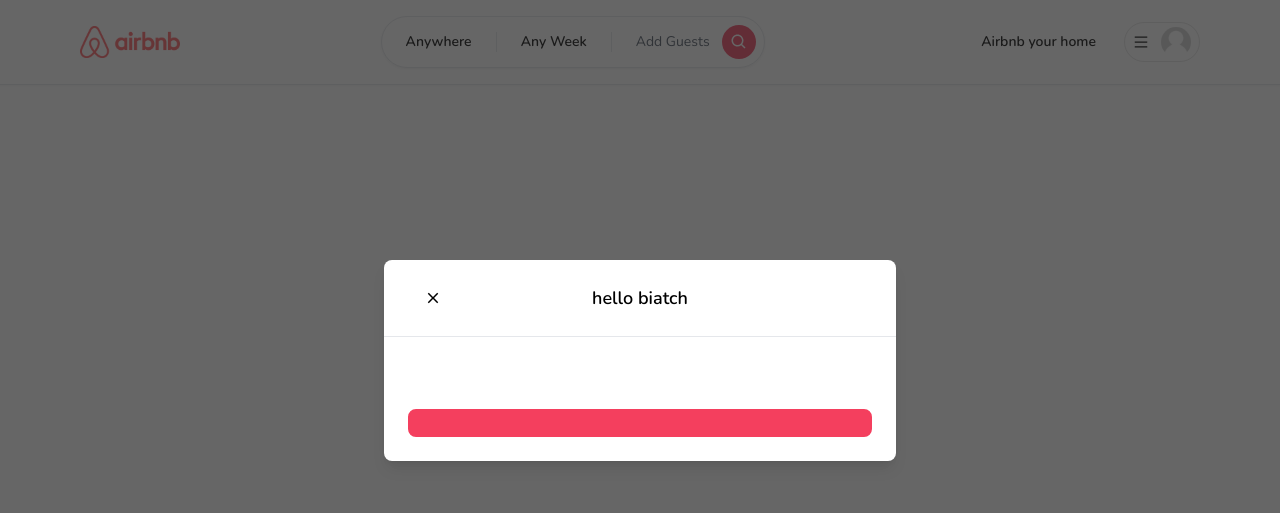
Repository: kriptovekediler/airbnb-clone
Page: /
These files come from the project's save history. The page is drawn as it stood at one moment and after the next save; the edit follows.
The browser window is 1280 px wide. The pictures show the whole page.
The project was rebuilt for these pictures with package versions that can differ from the ones it lists, and the page was loaded fresh each time. The framework's server and built-in components were replaced by stand-ins that run in the browser. Also part of the build but not shown: next.config.js, app/components/Navbar/MenuItem.tsx.

Above is the page before, as saved 2023-07-04 12:18:31.

### app/layout.tsx
import {Nunito} from 'next/font/google'
import './globals.css'
import Navbar from './components/Navbar/Navbar'
import ClientOnly from './components/ClientOnly'
import Modal from './components/modals/Modal'

export const metadata = {
  title: 'Airbnb',
  description: 'AirBnb Clone',
}

const font = Nunito({
  subsets: ['latin']
})

export default function RootLayout({
  children,
}: {
  children: React.ReactNode
}) {
  return (
    <html lang="en">
      <body className={font.className}>
        <ClientOnly>
          <Modal title='hello biatch' isOpen/>
        <Navbar/>z
        </ClientOnly>
        {children}
        </body>
    </html>
  )
}

### app/page.tsx
export default function Home() {
  return (
    <div className="text-rose-500 text-2xl">Hello AirBnB</div>
  )
}

### app/components/Navbar/Navbar.tsx
import React from 'react'
import Container from '../Container'
import Logo from './Logo'
import Search from './Search'
import UserMenu from './UserMenu'

const Navbar = () => {
  return (
    <div className='fixed w-full bg-white z-10 shadow-sm'>
        <div className='py-4 border-b-[1px]'>
            <Container>
                <div
                className='
                flex
                flex-row
                items-center
                justify-between
                gap-3
                md:gap-0
                '
                >
                    <Logo/>
                    <Search/>
                    <UserMenu/>
                </div>
            </Container>
        </div>
    </div>
  )
}

export default Navbar

### app/components/ClientOnly.tsx
'use client'

import React, { useEffect, useState } from 'react'

interface ClientOnlyProps {
    children: React.ReactNode
}
const ClientOnly: React.FC<ClientOnlyProps> = ({children}) => {

    const [hasMounted, setHasMounted] = useState(false)

    useEffect(() => {
        setHasMounted(true)
    }, [])

    if(!hasMounted) {
        return null
    }

  return (
    <>{children}</>
  )
}

export default ClientOnly

### app/components/modals/Modal.tsx
'use client'

import React, { useCallback, useEffect, useState } from 'react'
import {IoMdClose} from 'react-icons/io'
import Button from '../Button';

interface ModalInterfaceProps {
isOpen?: boolean;
disabled?:boolean;
onSubmit: () => void
onClose: () => void
actionLabel:string
secondaryAction?:() => void
title?:string
body?: React.ReactElement
footer?: React.ReactElement
secondaryActionLabel:string
}

const Modal: React.FC<ModalInterfaceProps> = ({title,isOpen,disabled,onSubmit,onClose,actionLabel,body, footer,secondaryActionLabel,secondaryAction}) => {

  const [showModal, setShowModal] = useState(isOpen);

  useEffect(() => {
    setShowModal(isOpen)
  }, [isOpen])

  const handleClose = useCallback(() => {
    if(disabled) {
    return
  }
    setShowModal(false)
    setTimeout(() =>{
      onClose()
    },300)
  }, [onClose, disabled])

  const handleSubmit = useCallback(() => {
    if(disabled){
    return}

    onSubmit()
  }, [onSubmit, disabled])

  const handleSecondaryAction = useCallback(() => {
    if(disabled || !secondaryAction) {
      return
    }
    secondaryAction()

  }, [disabled, secondaryAction])

  if(!isOpen) {
    return null
  }
  return (
    <>
      <div
        className="
          justify-center
          items-center
          flex
          overflow-x-hidden
          overflow-y-auto
          fixed
          inset-0
          z-50
          outline-none
          focus:outline-none
          bg-neutral-800/70
        "
      >
        <div className="
          relative
          w-full
          md:w-4/6
          lg:w-3/6
          xl:w-2/5
          my-6
          mx-auto
          h-full
          lg:h-auto
          md:h-auto
          "
        >
          {/*content*/}
          <div className={`
            translate
            duration-300
            h-full
            ${showModal ? 'translate-y-0' : 'translate-y-full'}
            ${showModal ? 'opacity-100' : 'opacity-0'}
          `}>
            <div className="
              translate
              h-full
              lg:h-auto
              md:h-auto
              border-0
              rounded-lg
              shadow-lg
              relative
              flex
              flex-col
              w-full
              bg-white
              outline-none
              focus:outline-none
            "
            >
              {/*header*/}
              <div className="
                flex
                items-center
                p-6
                rounded-t
                justify-center
                relative
                border-b-[1px]
                "
              >
                <button
                  className="
                    p-1
                    border-0
                    hover:opacity-70
                    transition
                    absolute
                    left-9
                  "
                  onClick={handleClose}
                >
                  <IoMdClose size={18} />
                </button>
                <div className="text-lg font-semibold">
                  {title}
                </div>
              </div>
              {/*body*/}
              <div className="relative p-6 flex-auto">
                {body}
              </div>
              {/*footer*/}
              <div className="flex flex-col gap-2 p-6">
                <div
                  className="
                    flex
                    flex-row
                    items-center
                    gap-4
                    w-full
                  "
                >
                  {secondaryAction && secondaryActionLabel && (
                    <Button
                      disabled={disabled}
                      label={secondaryActionLabel}
                      onClick={handleSecondaryAction}
                      outline
                    />
                  )}
                  <Button
                    disabled={disabled}
                    label={actionLabel}
                    onClick={handleSubmit}
                  />
                </div>
                {footer}
              </div>
            </div>
          </div>
        </div>
      </div>
    </>
  )
}

export default Modal

### app/components/Container.tsx
'use client'

interface ContainerProps {
    children: React.ReactNode;
}

const Container: React.FC<ContainerProps> = ({children}) => {
  return (
    <div
    className="max-w-[2520px] mx-auto xl:px-20 md:px-10 sm: px-2 px-4"
    >{children}</div>
  )
}

export default Container

### app/components/Navbar/Logo.tsx
'use client'

import Image from "next/image"
import {useRouter} from 'next/navigation'

const Logo = () => {
    const router = useRouter()

  return (
    <Image
    alt="Logo"
    className="hidden md:block cursor-pointer"
    height='100'
    width='100'
    src='/images/logo.png'
    />
  )
}

export default Logo

### app/components/Navbar/Search.tsx
'use client'

import {BiSearch} from 'react-icons/bi'

const Search = () => {
  return (
    <div
    className="
    border-[1px]
    w-full
    md:w-auto
    py-2
    rounded-full
    shadow-sm
    hover:shadow-md
    transition
    cursor-pointer
    "
    >
        <div
        className="
        flex
        flex-row
        items-center
        justify-between
        "
        >
            <div
            className="
            text-sm
            font-semibold
            px-6
            "
            >
                Anywhere
            </div>
            <div
            className="
            hidden
            sm:block
            text-sm
            font-semibold
            px-6
            border-x-[1px]
            flex-1
            text-center
            "
            >
              Any Week
            </div>
            <div
            className="
            text-sm
            pl-6
            pr-2
            text-gray-600
            flex
            flex-row
            items-center
            gap-3
            "
            >
              <div className='hidden sm:block'> Add Guests</div>
            <div
            className="
            p-2
            bg-rose-500
            rounded-full
            text-white
            "
            >
              <BiSearch size={18}/>
            </div>
            </div>
        </div>
    </div>
  )
}

export default Search

### app/components/Navbar/UserMenu.tsx
'use client'

import {AiOutlineMenu} from 'react-icons/ai'
import Avatar from '../Avatar'
import { useCallback, useState } from 'react'
import MenuItem from './MenuItem'

const UserMenu = () => {
  const [isOpen, setIsOpen] = useState(false);

  const toggleOpen = useCallback(() => {
    setIsOpen((value) => !value)
  },[])

  return (
    <div className="relative">
      <div className="flex flex-row items-center gap-3">
        <div
        onClick={() => {}}
        className="
        hidden
        md:block
        text-sm
        font-semibold
        py-3
        px-4
        rounded-full
        hover:bg-neutral-100
        transition
        cursor-pointer
        "
        >
          Airbnb your home
        </div>
        <div
        onClick={toggleOpen}
        className="
        p-4
        md:py-1
        md:px-2
        border-[1px]
        border-neutral-200
        flex
        flex-row
        items-center
        gap-3
        rounded-full
        cursor-pointer
        hover:shadow-md
        transition
        border
        "
        >
        <AiOutlineMenu/>
        <div className='hidden md:block'>
          <Avatar/>
        </div>
        </div>
      </div>
      {isOpen && (
        <div
        className='
        absolute
        rounded-xl
        shadow-md
        w-[40vw]
        md:w-3/4
        bg-white
        overflow-hidden
        right-0
        top-12
        text-sm
        '
        >
          <div
          className='
          flex
          flex-col
          cursor-pointer
          '
          >
            <>
            <MenuItem
            onClick={() => {}}
            label='Login'
            />
            <MenuItem
            onClick={() => {}}
            label='Sign Up'
            />
            </>
          </div>
        </div>
      )}
    </div>
  )
}

export default UserMenu

### app/components/Button.tsx
import React from 'react'
import { IconType } from 'react-icons'

interface ButtonProps {
    disabled?: boolean
    onClick: (e:React.MouseEvent<HTMLButtonElement>) => void
    outline?: boolean
    small?: boolean
    icon?: IconType
    label: string
}

const Button: React.FC<ButtonProps> = ({label, disabled, onClick, outline, small, icon}) => {
  return (
    <button

    className={`
    relative
    disabled:opacity-70
    disabled:cursor-not-allowed
    rounded-lg
    hover:opacity-80
    w-full
    ${outline ? 'bg-white': 'bg-rose-500'}
    ${outline ? 'border-black': 'border-rose-500'}
    ${outline ? 'text-black': 'text-white'}
    ${small ? 'py-1' : 'py-3'}
    ${small ? 'text-sm' : 'text-md'}
    ${small ? 'font-light' : 'font-semibold'}
    ${small ? 'border-[1px]' : 'border-2'}
    `}>
        {label}
    </button>
  )
}

export default Button

### app/components/Avatar.tsx
import Image from 'next/image'
import React from 'react'

const Avatar = () => {
  return (
    <Image
    className='rounded-full'
    height='30'
    width='30'
    alt='Avatar'
    src='/images/placeholder.jpg'
    />
)
}

export default Avatar

Loaded but not shown: app/globals.css (common file); tailwind.config.js (common file)

After the next save:
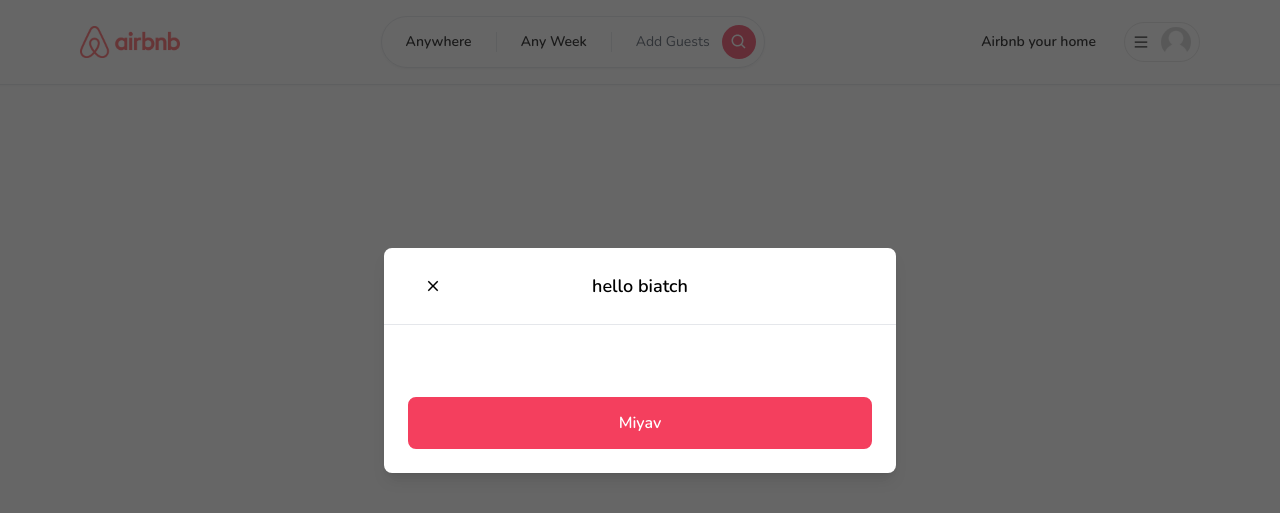
Saved 14 s later.
--- a/app/components/Button.tsx
+++ b/app/components/Button.tsx
@@ -29,7 +29,7 @@
     ${small ? 'font-light' : 'font-semibold'}
     ${small ? 'border-[1px]' : 'border-2'}
     `}>
-        {label}
+        Miyav
     </button>
   )
 }

After the save that followed:
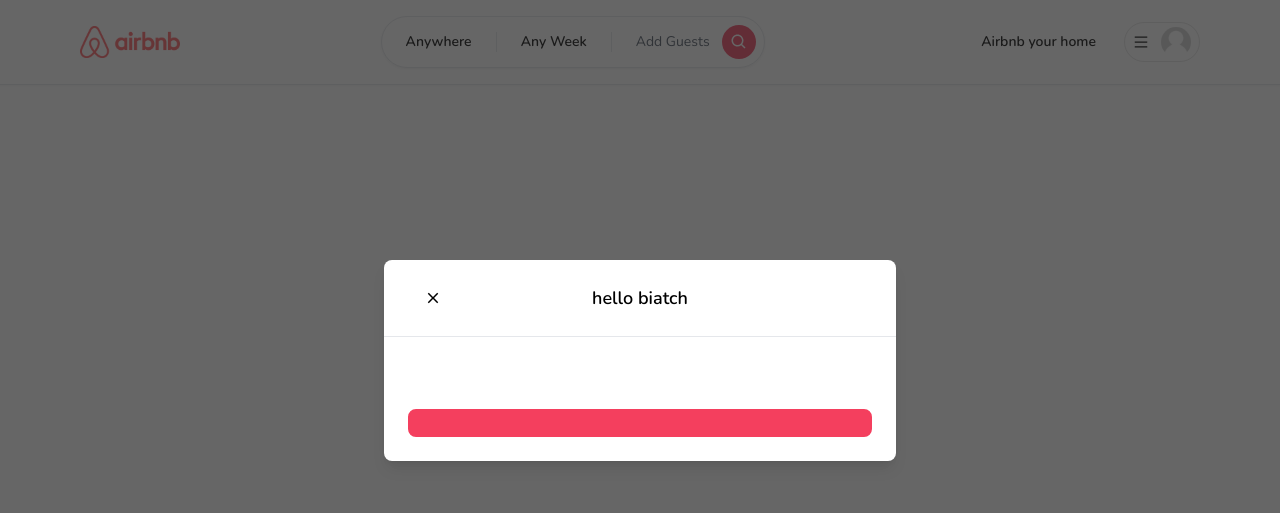
Saved 4 s later.
--- a/app/components/Button.tsx
+++ b/app/components/Button.tsx
@@ -29,7 +29,7 @@
     ${small ? 'font-light' : 'font-semibold'}
     ${small ? 'border-[1px]' : 'border-2'}
     `}>
-        Miyav
+        {label}
     </button>
   )
 }
